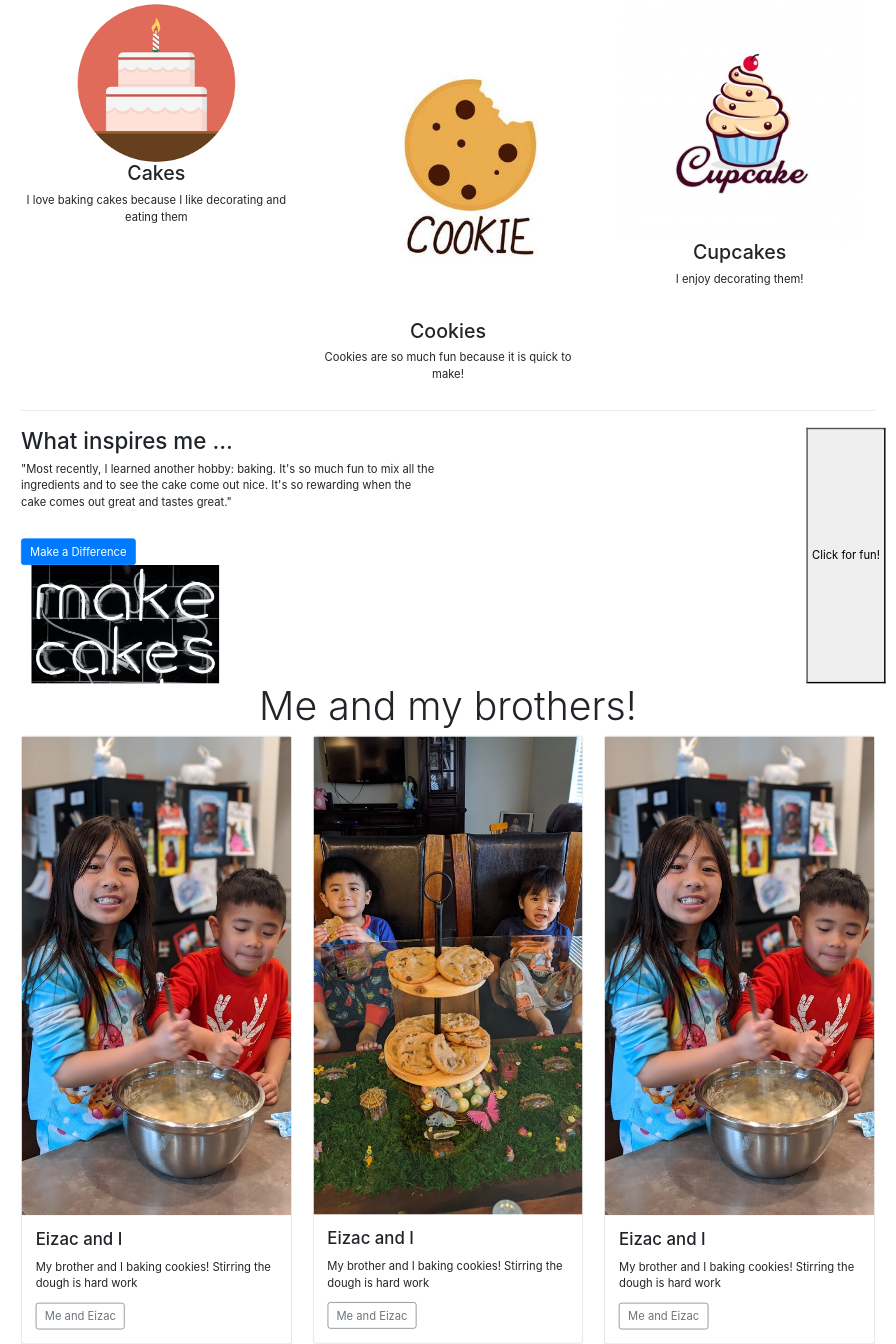
Repository: djzaragoza/Bea-Creation
Page: index.html
These files come from the project's save history. The page is drawn as it stood at one moment and after the next save; the edit follows.
The browser window is 1280 px wide. The pictures show the part of the page from y = 2583 to 4503 px (the page is 4503 px tall), at 70% of full size.
Some web libraries are served in a nearby version.

Above is the page before, as saved 2020-04-07 21:56:03.

### index.html
<!DOCTYPE html>
<html lang="en">
<head>
    <meta charset="utf-8">
    <meta name="viewport" content="width=device-width, initial-scale=1">
    <title>Bea's Creation</title>
    <link rel="stylesheet" href="https://maxcdn.bootstrapcdn.com/bootstrap/4.0.0/css/bootstrap.min.css">
    <script src="https://ajax.googleapis.com/ajax/libs/jquery/3.3.1/jquery.min.js"></script>
    <script src="https://cdnjs.cloudflare.com/ajax/libs/popper.js/1.12.9/umd/popper.min.js"></script>
    <script src="https://maxcdn.bootstrapcdn.com/bootstrap/4.0.0/js/bootstrap.min.js"></script>
    <script src="https://use.fontawesome.com/releases/v5.0.8/js/all.js"></script>
    <link rel="style.css" rel="stylesheet">
</head>
<body>

<!-- navigation -->
<nav class="navbar navbar-expand-md navbar-light bg-light sticky-top">
<div class="container-fluid">
    <a class="navbar-brand" href="#"><img src="img/bea_logo.png"></a>
    <button class="navbar-toggler" type="button" data-toggle="collapse" data-target="#navbarResponsive">
        <span class="navbar-toggler-icon"></span>
    </button>
    <div class="collapse navbar-collapse" id="navbarResponsive">
        <ul class="navbar-nav ml-auto">
            <li class="nav-item active">
                <a class="nav-link" href="#">Home</a>
            </li>
            <li class="nav-item">
                <a class="nav-link" href="#">Cakes</a>
            </li>
            <li class="nav-item">
                <a class="nav-link" href="#">Cupcakes</a>
            </li>
            <li class="nav-item">
                <a class="nav-link" href="#">Cookies</a>
            </li>
        </ul>
    </div>

</div>


</nav>


<!-- image slider -->
<div id="slides" class="carousel slide" data-ride="carousel">
    <ul class="carousel-indicators">
        <li data-target="#slides" data-slide-to="0" class="active"></li>
        <li data-target="#slides" data-slide-to="1">
        <li data-target="#slides" data-slide-to="2">
    </ul>
    <div class="carousel-inner">
        <div class="carousel-item active">
            <img src="img/bea_cover_photo.jpg">
            <div class="carousel-caption">
                <h1 class="display-2">Hello! Nice to meet you!</h1>
                <h3>I'm Bea!</h3>
                <button type="button" class="btn btn-outline-light btn-lg">About Me!</button>
                <button type="button" class="btn btn-primary btn-lg">Click Me!</button>
            </div>
        </div>
        <div class="carousel-item">
            <img src="img/bea_home_cookies.jpg">
        </div>
        <div class="carousel-item">
            <img src="img/bea_home_cupcakes.jpg">
        </div>
    </div>
</div>


<!-- jumbotron -->
<div class="container-fluid">
    <div class="row jumbotron">
        <div class="column-xs-12 col-sm-12 col-md-9 col-lg-9 col-xl-10">
            <p class="lead">Welcome to my page!  My daddy made it for me because he thinks I should show off all of the things I bake.  Check out his own website      ----------------------- > </p>
        </div>
        <div class="col-xs-12 col-sm-12 col-md-3 col-lg-3 col-xl-2">
            <a href="https://www.djzaragoza.dev" target="_blank"><button type="button" class="btn btn-outline-secondary btn-lg">My Daddy's page</button></a>
        </div>

    </div>
</div>

<!-- welcome section -->

<div class="container-fluid padding">
<div class="row welcome text-center">
    <div class="col-12">
        <h1 class="display-4">Creating yummy stuff is so much fun!</div>
    </div>
    <hr>
    <div class="col-12">
        <p class="lead">Welcome to my own site!  I love baking all kinds of cakes, cookies and cupcakes for my family.</p>
    </div>
<div>
</div>

<!-- three column section -->
<div class="container-fluid padding">
<div class="row text-center padding">
    <div class="col-xs-12 col-sm-6 col-md-4">
        <img src="img/cake_icon.png">
        <h3>Cakes</h3>
        <p>I love baking cakes because I like decorating and eating them</p>
    </div>
    <div class="col-xs-12 col-sm-6 col-md-4">
        <img src="img/cookie_icon.jpg">
        <h3>Cookies</h3>
        <p>Cookies are so much fun because it is quick to make!</p>
    </div>
    <div class="col-sm-12 col-md-4">
        <img src="img/cupcake_icon.jpg">
        <h3>Cupcakes</h3>
        <p>I enjoy decorating them!</p>
    </div>
</div>
<hr class="my-4">
</div>

<!-- two column section -->

<div class="container-fluid padding">
    <div class="row padding">
        <div class="col-md-12 col-lg-6">
            <h2>What inspires me ...</h2>
            <p>"Most recently, I learned another hobby: baking.  It's so much fun to mix all the ingredients and to see the cake come out nice.  It's so rewarding when the cake comes out great and tastes great."
            </p>
            <br>
            <a href="https://www.icingsmiles.org" target="_blank" class="btn btn-primary">Make a Difference</a>
        <div>
        <div class="col-lg-6">
            <img src="img/family_baking_icon.jpg" class="img-fluid">
        </div>
    </div>
</div>
<hr class="my-4">
<!-- fixed background -->
<figure>
    <div class="fixed-wrap">
        <div id="fixed">
        </div>
    </div>
</figure>


<!-- emoji section -->
<button class="fun" data-toggle="collapse" data-target="#emoji">Click for fun!</button>
<div id="emoji" class="collapse">
    <div class="container-fluid padding">
        <div class="row text-center">
            <div class="col-sm-6 col-md-3">
                <img class="gif" src="img/custard.png">
            </div>
            <div class="col-sm-6 col-md-3">
                <img class="gif" src="img/cake.png">
            </div>
            <div class="col-sm-6 col-md-3">
                <img class="gif" src="img/cupcake.png">
            </div>
            <div class="col-sm-6 col-md-3">
                <img class="gif" src="img/icecream.png">
            </div>
        </div>
    </div>
</div>

<!-- meet the team -->
<div class="container-fluid padding">
<div class="row welcome text-center">
    <div class="col-12">
        <h1 class="display-4">Me and my brothers!</h1>
    </div>
    <hr>
</div>
</div>


<!-- cards -->

<div class="container-fluid padding">
<div class="row padding">
    <div class="col-md-4">
        <div class="card">
            <img class="card-img-top" src="img/brothers_1.jpg">
            <div class="card-body">
                <h4 class="card-title">Eizac and I</h4>
                <p class="card-text">My brother and I baking cookies!  Stirring the dough is hard work</p>
                <a href="#" class="btn btn-outline-secondary">Me and Eizac</a>
            </div>
        </div>
    </div>

    <div class="col-md-4">
        <div class="card">
            <img class="card-img-top" src="img/brothers_2.jpg">
            <div class="card-body">
                <h4 class="card-title">Eizac and I</h4>
                <p class="card-text">My brother and I baking cookies!  Stirring the dough is hard work</p>
                <a href="#" class="btn btn-outline-secondary">Me and Eizac</a>
            </div>
        </div>
    </div>

    <div class="col-md-4">
        <div class="card">
            <img class="card-img-top" src="img/brothers_1.jpg">
            <div class="card-body">
                <h4 class="card-title">Eizac and I</h4>
                <p class="card-text">My brother and I baking cookies!  Stirring the dough is hard work</p>
                <a href="#" class="btn btn-outline-secondary">Me and Eizac</a>
            </div>
        </div>
    </div>

</div>
</div>

<!-- two column section -->

<!-- connect -->

<!-- footer -->





</body>



</html>

After the next save:
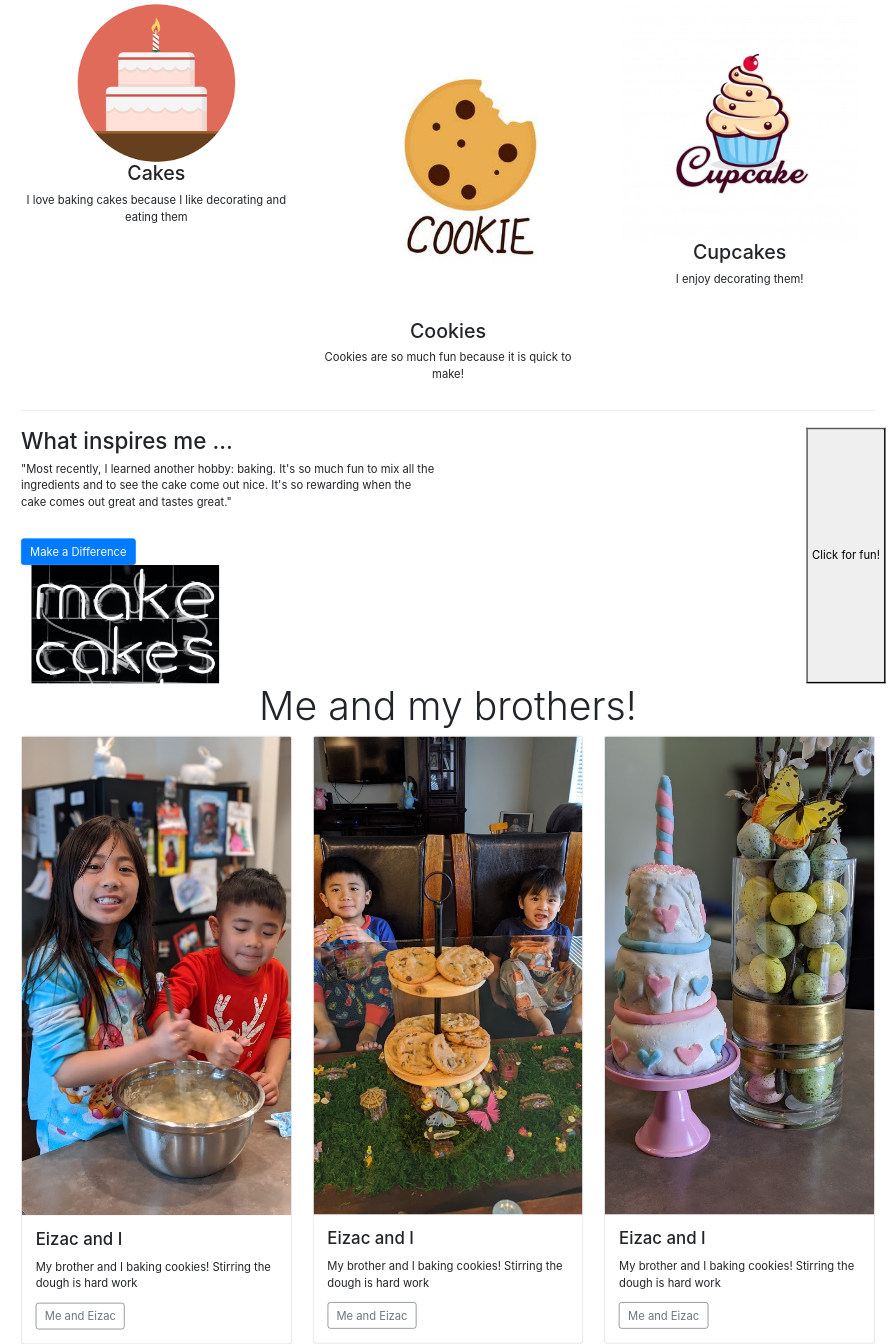
Saved 7 s later.
--- a/index.html
+++ b/index.html
@@ -205,7 +205,7 @@
 
     <div class="col-md-4">
         <div class="card">
-            <img class="card-img-top" src="img/brothers_1.jpg">
+            <img class="card-img-top" src="img/brothers_3.jpg">
             <div class="card-body">
                 <h4 class="card-title">Eizac and I</h4>
                 <p class="card-text">My brother and I baking cookies!  Stirring the dough is hard work</p>
